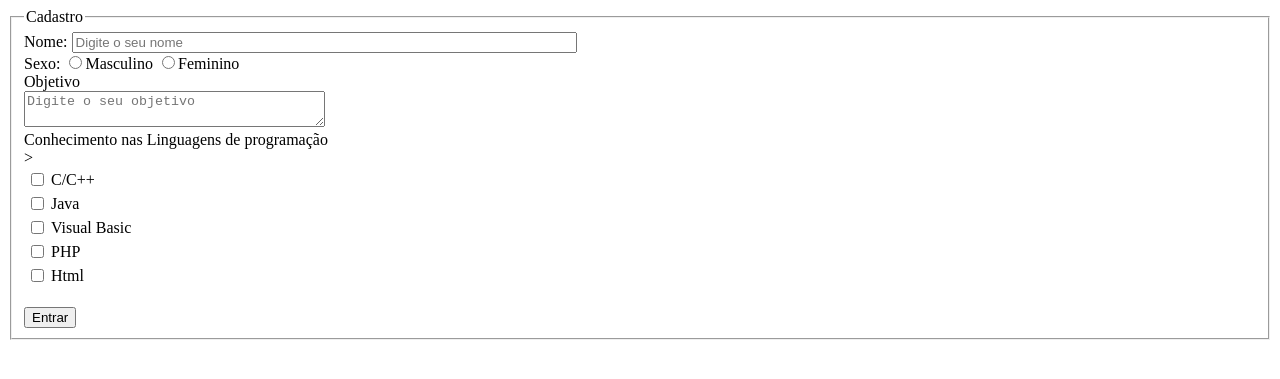
Repository: Lerif/WebServletLearning
Page: http://localhost/WebLearning/
An editor plug-in stored every save of this project. The page is shown before and after the next save, followed by the edit.
The browser window is 1280 px wide. The pictures show the whole page.
The page is served by Tomcat 9. Other server files are loaded and not shown.

Above is the page before, as saved 2016-10-26 13:53:09.

### WebServelets/WebLearning/WebContent/TryJSP.jsp
<%@ page language="java" contentType="text/html; charset=UTF-8"
    pageEncoding="UTF-8"%>
<!DOCTYPE html>
<html>
<head>
<meta http-equiv="Content-Type" content="text/html; charset=UTF-8">
<title>HelloWorld</title>
</head>
<body>
	<form name = "CadastroUsuario" id="CadastroId" method="post" action="ServeletTry">
		<fieldset>
			<legend>Cadastro</legend>
			Nome:
			<input type="text" 	name="name" size="60" placeholder="Digite o seu nome" required/>
			<br>

			Sexo:
			<input type="radio" name="sex" value="male" />Masculino
			<input type="radio" name="sex" value="female"  />Feminino
			<br>

			Objetivo
			<br>
			<textarea name="objective" cols="35" rows="2" placeholder="Digite o seu objetivo" required></textarea>
			<br>

			Conhecimento nas Linguagens de programação
			<br>
			<table>
				<tr>
					<td> <input type="checkbox" id="formation1" name="c" value="0" /> </td>
					<td>C/C++ </td>
				</tr>
				<tr>
					<td><input type="checkbox" id="formation2" name="java" value="1" /></td>
					<td>Java</td>
				</tr>
				<tr>
					<td><input type="checkbox" id="formation3" name="vb" value="2" /></td>
					<td>Visual Basic</td>>
				</tr>
				<tr>
					<td><input type="checkbox" id="formation4" name="php" value="3" /></td>
					<td>PHP</td>
				</tr>
				<tr>
					<td><input type="checkbox" id="formation5" name="html" value="4" /> </td>
					<td>Html</td>
				</tr>
			</table>


			<br>
			<button onClick="entrar()" value="Submit form">Entrar</button>
			<br>
		</fieldset>
	</form>
</body>

<script>
	function entrar(){
		document.getElementById("CadastroId").submit();
	}
</script>
</html>

After the next save:
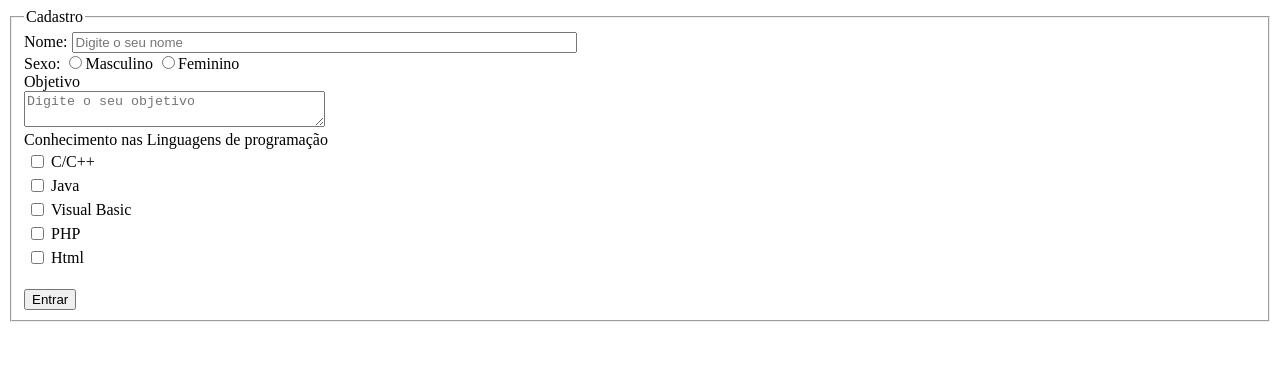
Saved 40 s later.
--- a/WebServelets/WebLearning/WebContent/TryJSP.jsp
+++ b/WebServelets/WebLearning/WebContent/TryJSP.jsp
@@ -37,7 +37,7 @@
 				</tr>
 				<tr>
 					<td><input type="checkbox" id="formation3" name="vb" value="2" /></td>
-					<td>Visual Basic</td>>
+					<td>Visual Basic</td>
 				</tr>
 				<tr>
 					<td><input type="checkbox" id="formation4" name="php" value="3" /></td>
